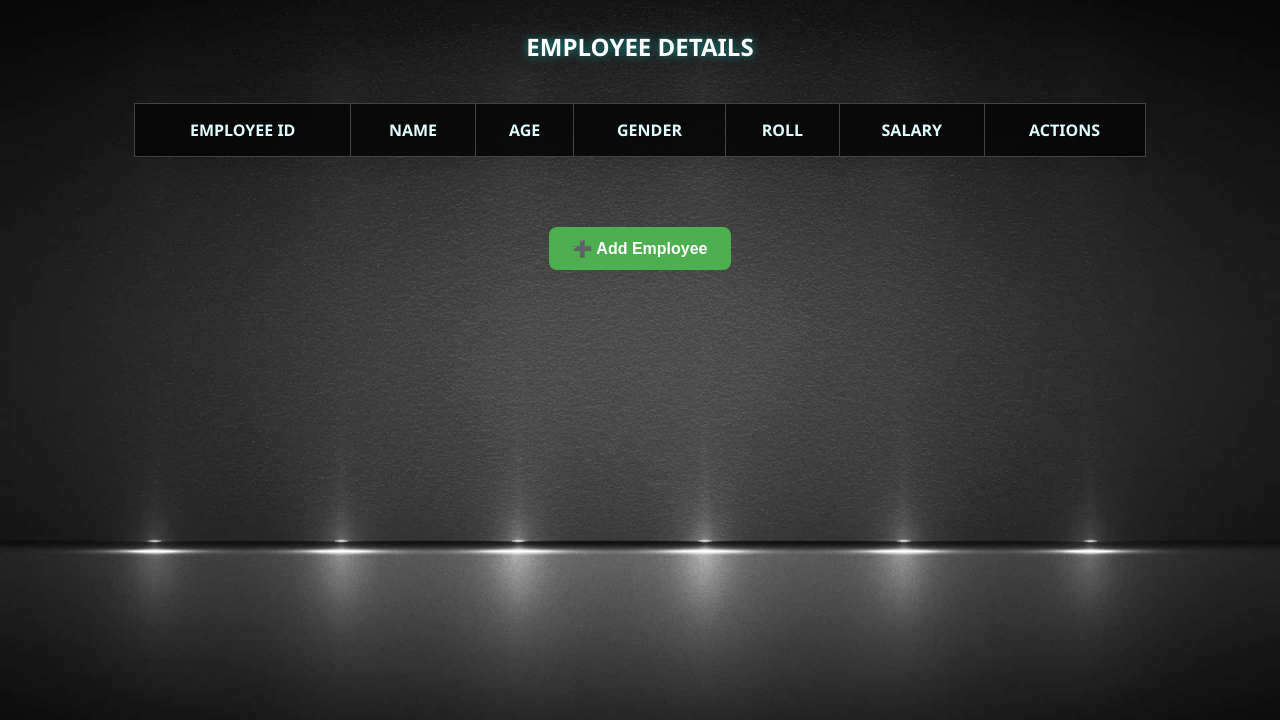
Repository: siva-shankar-2004/EmployeeManagementSystem
Page: src/main/resources/static/modifyemployeedetails.html
An editor plug-in stored every save of this project. The page is shown before and after the next save, followed by the edit.
The browser window is 1280 px wide. The pictures show the whole page.
The page's requests for data from a server got no answer.

Above is the page before, as saved 2025-04-06 11:25:37.

After the next save:
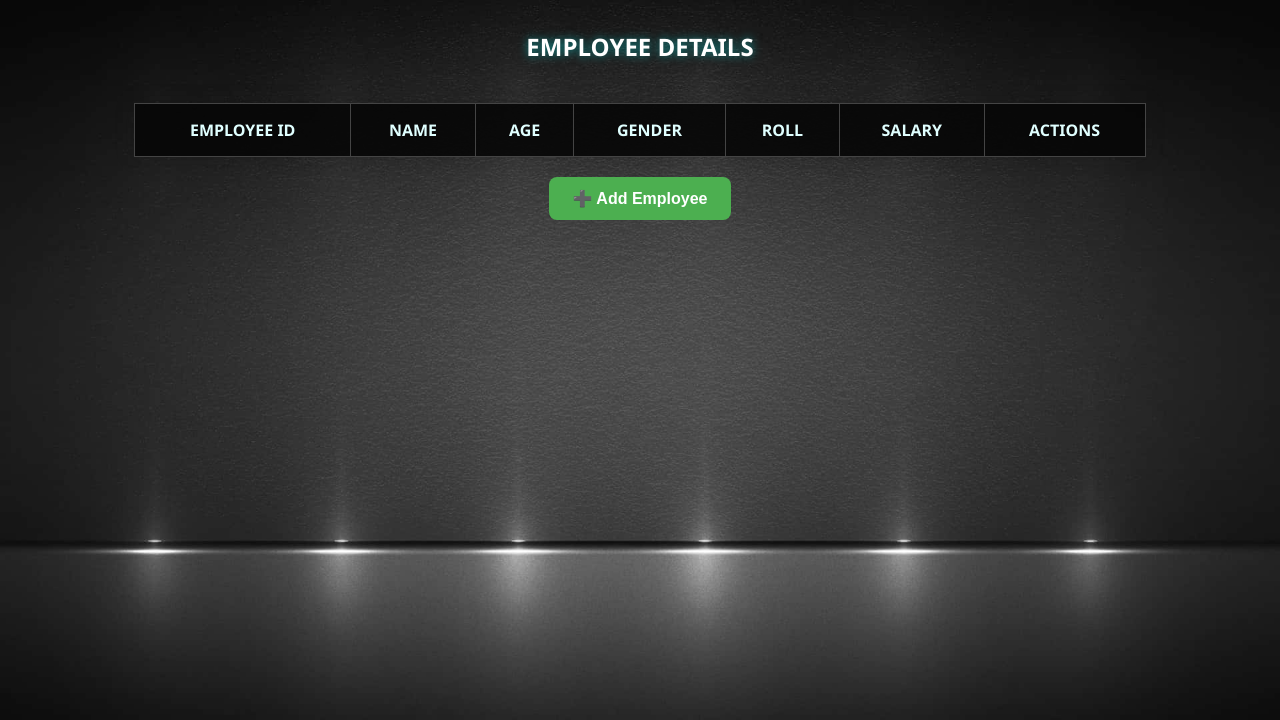
Saved 44 s later.
--- a/src/main/resources/static/modifyemployeedetails.html
+++ b/src/main/resources/static/modifyemployeedetails.html
@@ -21,7 +21,7 @@
     }
 
     table {
-      margin: 40px auto;
+      margin: 40px auto 20px auto;
       width: 80%;
       border-collapse: collapse;
       background-color: rgba(48, 48, 48, 0.6);
@@ -72,11 +72,12 @@
     .add-btn {
       background-color: #4CAF50;
       color: white;
-      margin-top: 30px;
+      margin: 20px auto;
       padding: 12px 24px;
       font-size: 16px;
       border-radius: 8px;
       transition: background-color 0.3s ease;
+      display: block;
     }
 
     .add-btn:hover {
@@ -102,7 +103,7 @@
         <tbody id="employeeDetails"></tbody>
     </table>
 
-    <!-- Add Button -->
+    <!-- Add Button directly under the table -->
     <button class="add-btn" onclick="location.href='addemployee.html'">➕ Add Employee</button>
 
     <script type="text/javascript">
